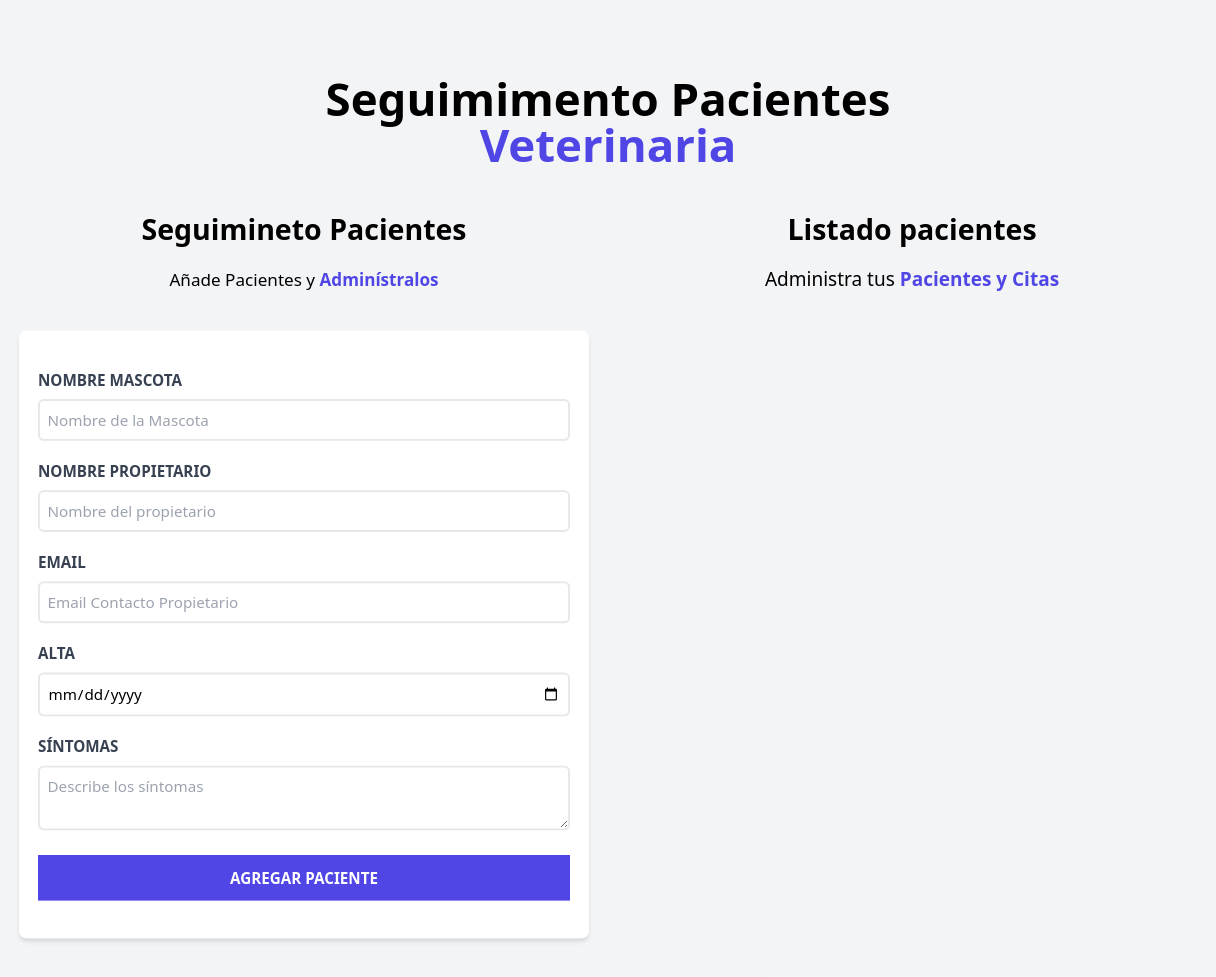
Repository: rlaureano/citas_react
Page: /
An editor plug-in stored every save of this project. The page is shown before and after a run of saves, followed by the edit.
The browser window is 1280 px wide. The pictures show the whole page, at 95% of full size.
The project was rebuilt for these pictures with package versions that can differ from the ones it lists, and the page was loaded fresh each time. Also part of the build but not shown: vite.config.js, src/components/Paciente.jsx.

Above is the page before, as saved 2022-01-13 22:34:40.

### src/App.jsx
import { useState } from "react"

import Formulario from "./components/Formulario"
import Header from "./components/Header"
import ListadoPacientes from "./components/ListadoPacientes"

function App() {

  const [ pacientes, setPacientes ] = useState(0);

  return (
    <div className="container mx-auto mt-20 max-w-7xl">
      <Header  />
      <div className="mt-12 md:flex">
        <Formulario />
        <ListadoPacientes numero={5}/>
      </div>
    </div>
  )
}

export default App

### src/components/Formulario.jsx
import {useState, useEffect} from 'react'

const Formulario = () => {

  const [ nombre, setNombre ] = useState('');
  const [ propietario, setPietario ] = useState('');
  const [ email, setEmail ] = useState('');
  const [ fecha, setFecha ] = useState('');
  const [ sintomas, setSintomas ] = useState('');

  const [ error, setError ] = useState(false);

  const handleSubmit = e => {
    e.preventDefault();

    //validación del formulario

    if( [ nombre, propietario, email, fecha, sintomas ].includes('') ) return setError(true);

    setError(false);

  }

  return (
    <div className="md:w-1/2 lg:w2/5">

      <h2 className="font-black text-3xl text-center">Seguimineto Pacientes</h2>

      <p className="text-lg mt-5 text-center mb-10">
        Añade Pacientes y {''}
        <span className="text-indigo-600 font-bold text-lg">Adminístralos</span>
      </p>

      <form action="" className="bg-white shadow-md rounded-lg py-10 px-5 mb-10 mx-5" onSubmit={ handleSubmit }>

        { error &&
          <div className="bg-red-800 text-white text-center  py-3 uppercase font-bold mb-3 rounded-md">
            <p>Todos los campos son obligatorios</p>
          </div>
        }

        <div className="mb-5">
          <label htmlFor="mascota" className="block text-gray-700 uppercase font-bold">Nombre Mascota</label>
          <input
            id='mascota'
            type="text"
            placeholder="Nombre de la Mascota"
            className="border-2 w-full p-2 mt-2 placeholder-gray-400 rounded-md"
            value={ nombre }
            onChange={ (e) => setNombre(e.target.value) }
          />
        </div>

        <div className="mb-5">
          <label htmlFor="propietario" className="block text-gray-700 uppercase font-bold">Nombre Propietario</label>
          <input
            id='propietario'
            type="text"
            placeholder="Nombre del propietario"
            className="border-2 w-full p-2 mt-2 placeholder-gray-400 rounded-md"
            value={ propietario }
            onChange={ (e) => setPietario(e.target.value) }
          />
        </div>

        <div className="mb-5">
          <label htmlFor="email" className="block text-gray-700 uppercase font-bold">Email</label>
          <input
            id='email'
            type="email"
            placeholder="Email Contacto Propietario"
            className="border-2 w-full p-2 mt-2 placeholder-gray-400 rounded-md"
            value={ email }
            onChange={ (e) => setEmail(e.target.value) }
          />
        </div>

        <div className="mb-5">
          <label htmlFor="alta" className="block text-gray-700 uppercase font-bold">Alta</label>
          <input
            id='alta'
            type="date"
            className="border-2 w-full p-2 mt-2 placeholder-gray-400 rounded-md"
            value={ fecha }
            onChange={ (e) => setFecha(e.target.value) }
          />
        </div>

        <div className="mb-5">
          <label htmlFor="sintomas" className="block text-gray-700 uppercase font-bold">Síntomas</label>
          <textarea
            id='sintomas'
            placeholder="Describe los síntomas"
            className="border-2 w-full p-2 mt-2 placeholder-gray-400 rounded-md"
            value={ sintomas }
            onChange={ (e) => setSintomas(e.target.value) }
          />
        </div>

        <input
          type="submit"
          className="bg-indigo-600 w-full p-3 text-white uppercase font-bold hover:bg-indigo-700 cursor-pointer transition-all"
          value="Agregar Paciente"
        />
      </form>

    </div>
  )
}

export default Formulario

### src/components/Header.jsx
function Header() {
  return (

      <h1 className="font-black text-5xl text-center md:w-2/3 mx-auto">Seguimimento Pacientes {''}
        <span className="text-indigo-600">Veterinaria</span>
      </h1>

  )
}

export default Header

### src/components/ListadoPacientes.jsx
import React from 'react'
import Paciente from './Paciente'


const ListadoPacientes = (props) => {
  console.log(props.numero);
  const numeroPacientes = () => {

    let paciente = '';

    for( let i = 0 ; i < props.numero; i++ ){
      paciente += "<Paciente />";
    }

    return paciente;

  }

  return (
    <div className="md:w-1/2 ld:w-3/5 md:h-screen overflow-y-scroll">
      <h2 className="font-black text-3xl text-center">Listado pacientes</h2>
      <p className="text-xl mt-5 mb-10 text-center">
        Administra tus {''}
        <span className="text-indigo-600 font-bold">Pacientes y Citas</span>
      </p>
      { numeroPacientes }
    </div>
  )
}

export default ListadoPacientes

### tailwind.config.js
module.exports = {
  purge: ["./index.html", "./src/**/*.{jsx}"],
  content: [],
  theme: {
    extend: {},
  },
  plugins: [],
}

Loaded but not shown: index.html (common file); src/main.jsx (common file); src/index.css (common file)

After the next 2 saves:
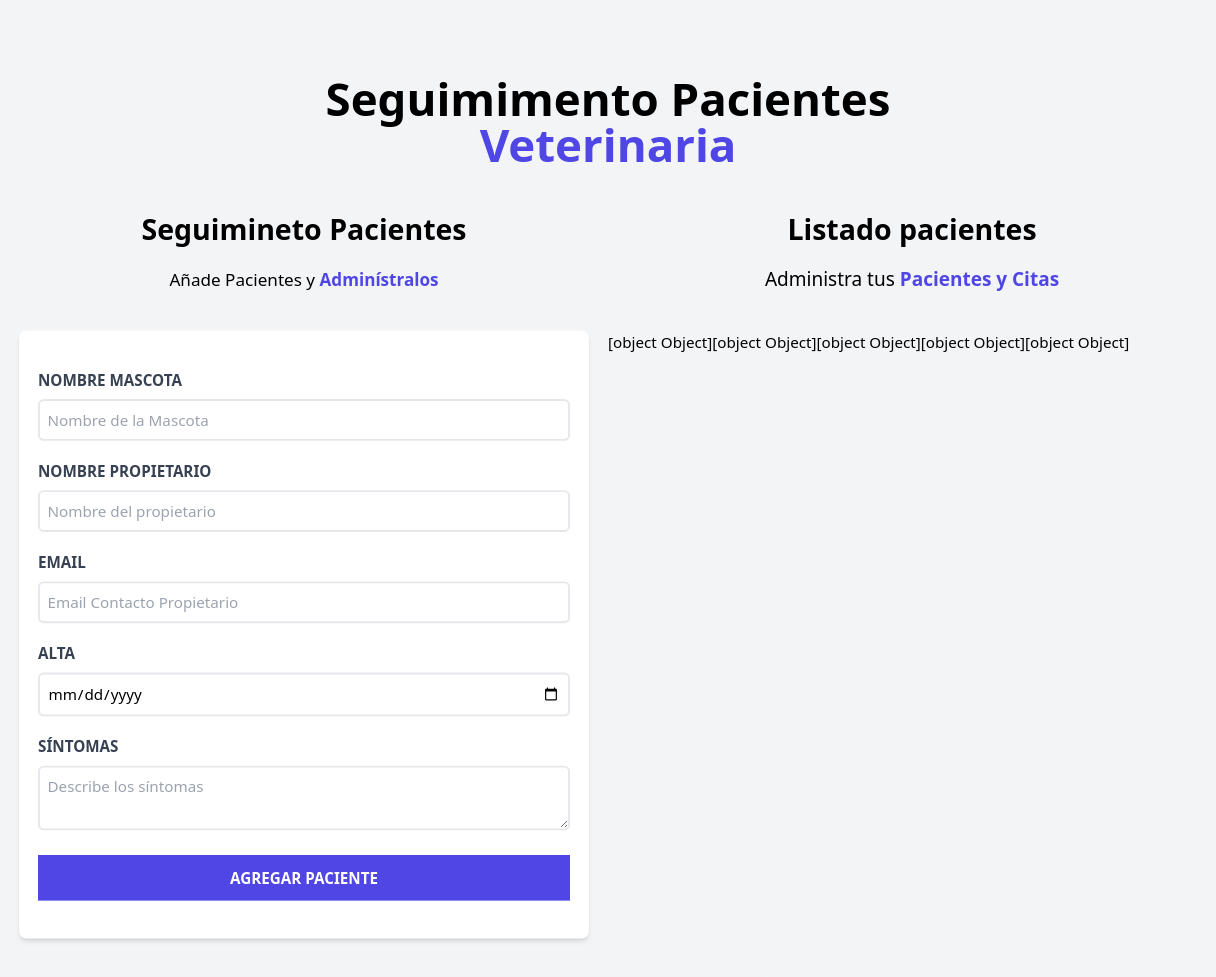
The 2 saves are shown as one change because 1 did not build or start.
The last was saved 92 s later.
--- a/src/components/ListadoPacientes.jsx
+++ b/src/components/ListadoPacientes.jsx
@@ -9,7 +9,7 @@
     let paciente = '';
 
     for( let i = 0 ; i < props.numero; i++ ){
-      paciente += "<Paciente />";
+      paciente += <Paciente />;
     }
 
     return paciente;
@@ -23,7 +23,7 @@
         Administra tus {''}
         <span className="text-indigo-600 font-bold">Pacientes y Citas</span>
       </p>
-      { numeroPacientes }
+      { numeroPacientes() }
     </div>
   )
 }

After the 5 saves that followed:
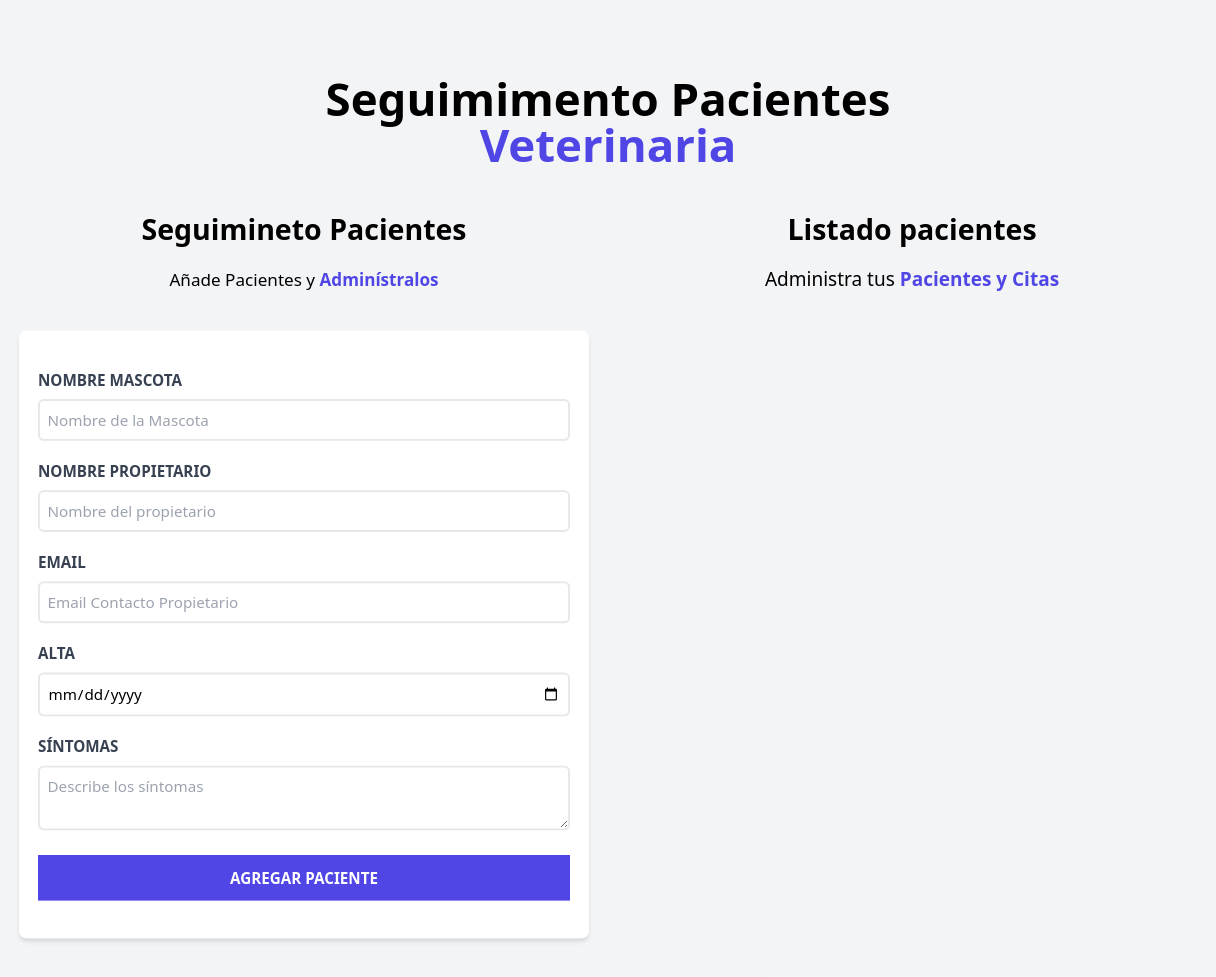
The 5 saves are shown as one change because 3 left the picture as it was and some came seconds apart.
The last was saved 46 s later.
--- a/src/components/ListadoPacientes.jsx
+++ b/src/components/ListadoPacientes.jsx
@@ -9,9 +9,10 @@
     let paciente = '';
 
     for( let i = 0 ; i < props.numero; i++ ){
-      paciente += <Paciente />;
+
+      console.log(<Paciente />);
     }
-
+    console.log(paciente);
     return paciente;
 
   }
